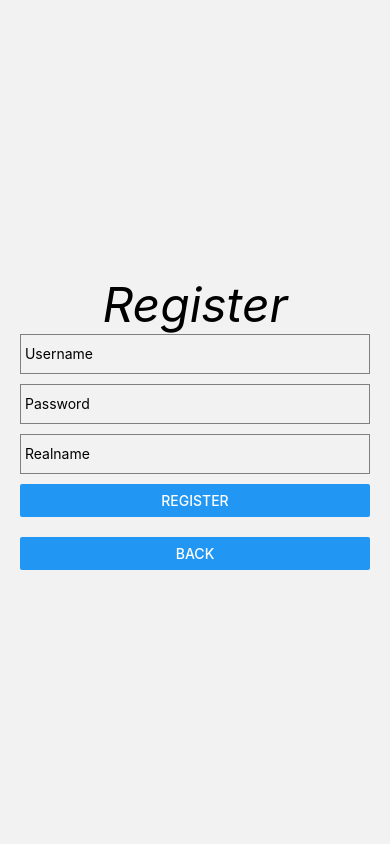
Repository: RidenShogunei/reactnative--make-an-app
Screen: /register (app in Myapp/)
An editor plug-in stored every save of this project. The screen is shown before and after the next save, followed by the edit.
The app was drawn by React Native's web renderer in a window 390 px wide. The project was rebuilt for these pictures with package versions that can differ from the ones it lists, and the page was loaded fresh each time. Also part of the build but not shown: Myapp/pages/main.jsx.

Above is the screen before, as saved 2024-04-20 20:55:08.

After the next save:
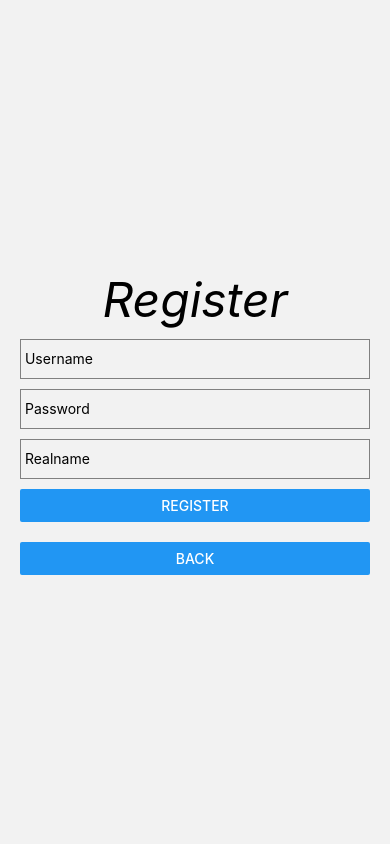
Saved 14 s later.
--- a/Myapp/pages/register.jsx
+++ b/Myapp/pages/register.jsx
@@ -72,6 +72,7 @@ const styles = StyleSheet.create({
     textAlign: "center", // 文本居中
     fontStyle: "italic", // 文本斜体
     fontSize: 48, // 文本大小设为24
+    marginBottom:10
   },
 });
 
